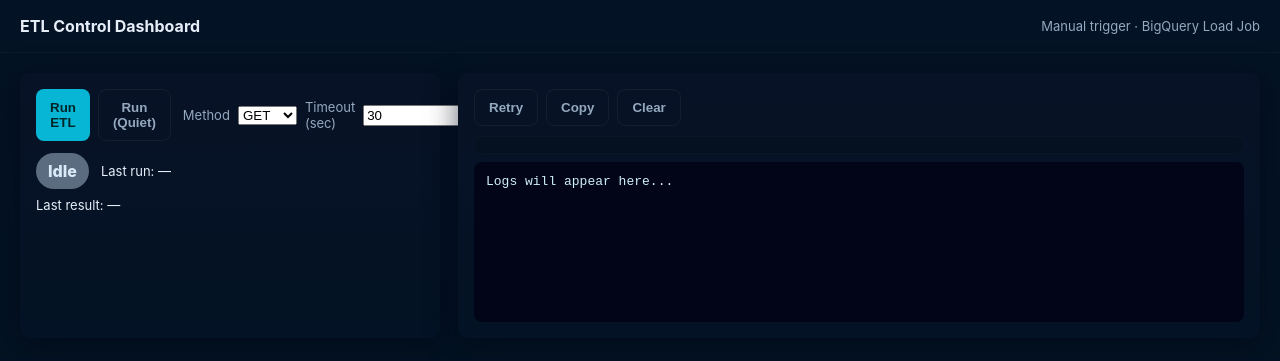
Repository: kbruhadesh/etl_files
Page: public/index.html
The author's editor kept a copy of each file at every save. The page is drawn from the files as they stood at one save, then again after the next save.
The browser window is 1280 px wide. The pictures show the whole page.

Above is the page before, as saved 2025-11-27 00:57:44.
Console error: TypeError: Cannot set properties of null (setting 'textContent')

After the next save:
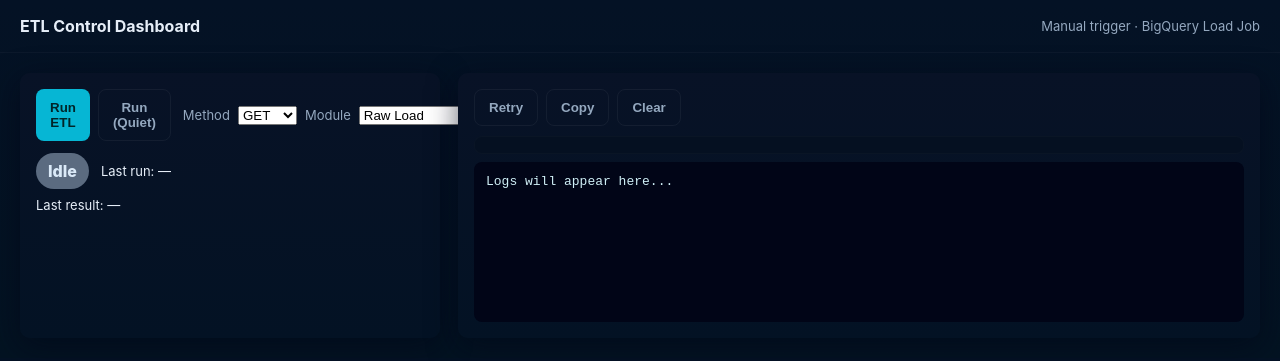
Saved 29 min 10 s later.
--- a/public/index.html
+++ b/public/index.html
@@ -30,12 +30,21 @@
             <option value="POST">POST</option>
           </select>
 
-          <!-- ▼ Added code here -->
+          <!-- ▼ INSERTED MODULE DROPDOWN -->
+          <label class="small">Module</label>
+          <select id="module">
+            <option value="RAW_LOAD">Raw Load</option>
+            <option value="TRANSFORM">Transform</option>
+            <option value="CLEANING">Cleaning</option>
+            <option value="BQ_LOAD">BigQuery Load</option>
+            <option value="SUMMARY_REFRESH">Summary Refresh</option>
+          </select>
+          <!-- ▲ END INSERT -->
+
           <label class="small">Timeout (sec)</label>
           <input id="timeout" type="number" value="30" />
 
           <span id="serviceUrlShort"></span>
-          <!-- ▲ End added code -->
         </div>
       </div>
 
